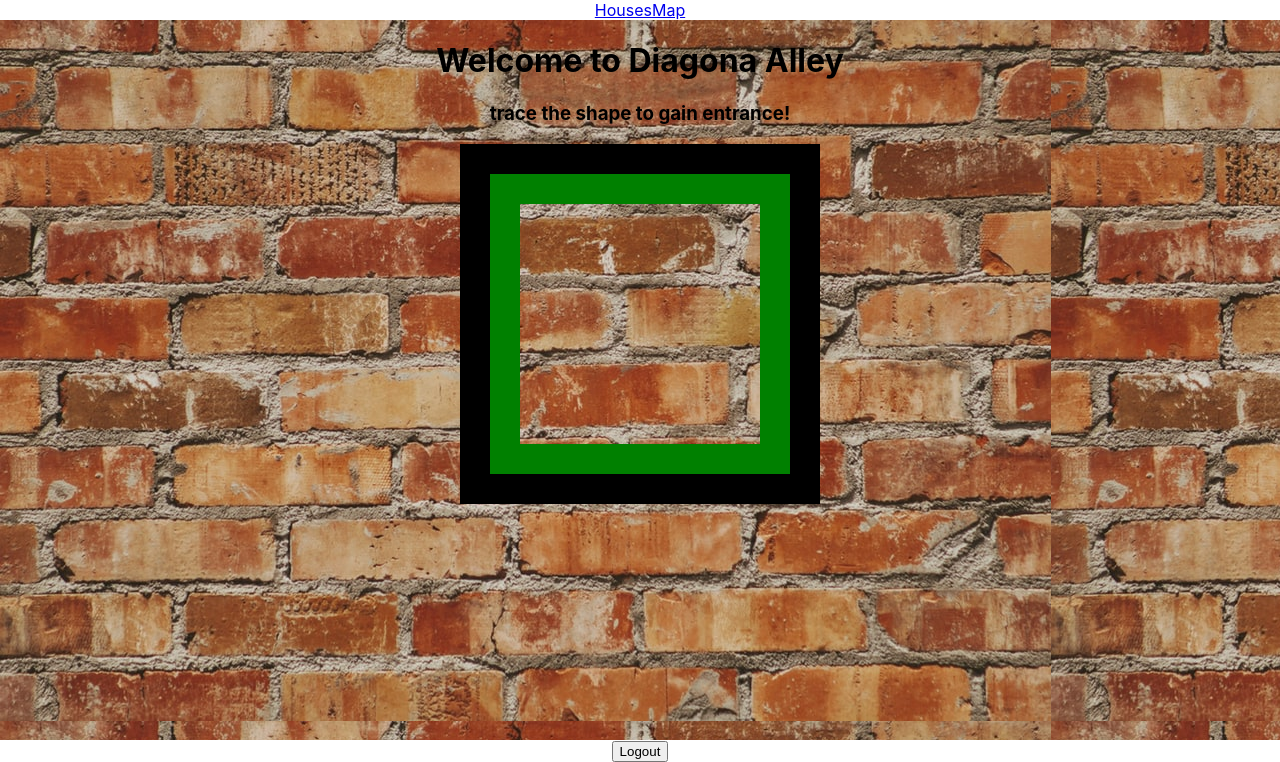
Repository: Brandon205/PotterGo
Page: /houses (app in client/)
An editor plug-in stored every save of this project. The page is shown before and after the next save, followed by the edit.
The browser window is 1280 px wide. The pictures show the whole page.
The project was rebuilt for these pictures with package versions that can differ from the ones it lists, and the page was loaded fresh each time. A package was used in the major version that the imports need, not the one package.json lists. Also part of the build but not shown: client/src/Homepage.jsx, client/src/Signup.js, client/src/Login.js, client/src/LoginPage.jsx, client/src/WandGenerator.jsx.

Above is the page before, as saved 2019-11-21 15:42:13.

### client/src/App.js
import React from 'react';
import './App.css';
import Axios from 'axios';
import {
  BrowserRouter as Router,
  Route,
  Link,
} from 'react-router-dom';
import DiagonAlley from './DiagonAlley';
import Homepage from './Homepage';
import LoginPage from './LoginPage';
import WandGenerator from './WandGenerator';

class App extends React.Component {
  state = {
    token: '',
    user: null,
    errorMessage: '',
    lockedResult: '',
    redirect: ''
  }

  checkForLocalToken = () => {
    // Look in LS for localtoken
    let token = localStorage.getItem('mernToken');
    if (!token || token === 'undefined') {
      // if no taken, remove all evidence of mernToken from LS and state
      localStorage.removeItem('mernToken');
      this.setState({ token: '', user: null });
    } else {
      // if token, verify token on backend
      Axios.post('/auth/me/from/token', { token })
      .then(res => {
        if (res.data.type === 'error') {
          localStorage.removeItem('mernToken');
          this.setState({ token: '', user: null, errorMessage: res.data.message });
        } else {
          // if verified store it back in LS and state
          localStorage.setItem('mernToken', res.data.token);
          this.setState({ token: res.data.token, user: res.data.user });
        }
      })
    }
  }

  componentDidMount = () => {
    this.checkForLocalToken()
  }

  liftToken = ({token, user}) => {
    this.setState({ token, user });
  }

  logout = () => {
    localStorage.removeItem('mernToken');
    this.setState({ token: '', user: null });
  }

  render() {
    return (
      <Router>
        <div className="App">
          <Link to='/houses'>Houses</Link>
          <Link to='/map'>Map</Link>
          <Route exact path='/' render={ () => <LoginPage liftToken={this.liftToken}/>}/>
          <Route exact path='/map' component={Homepage}/>
          <Route exact path='/houses' component={DiagonAlley}/>
          <Route exact path='/wand' component={WandGenerator}/>
          <button onClick={this.logout}>Logout</button>
        </div>
      </Router>
    );
  }
}

export default App;

### client/src/App.css
.App {
  text-align: center;
}

.App-logo {
  height: 40vmin;
}

.App-header {
  background-color: #282c34;
  min-height: 100vh;
  display: flex;
  flex-direction: column;
  align-items: center;
  justify-content: center;
  font-size: calc(10px + 2vmin);
  color: white;
}

.App-link {
  color: #09d3ac;
}

.backgroundDiv {
  display: flex;
  flex-flow: column;
  height: 100vh;
  width: 100vw;
  background-image: url('brick.jpg');
}

.container {
  display: flex;
  align-content: center;
  justify-content: center;
}

.diagonDiv {
  height: 300px;
  width: 300px;
  border: 30px solid black;
}

.innerDiv {
  height: 240px;
  width: 240px;
  border: 30px solid green;
}

### client/src/DiagonAlley.jsx
import React, { useState, useEffect } from 'react'
import axios from 'axios'

function DiagonAlley () {
    const [X, setX] = useState(0)
    const [Y, setY] = useState(0)
    const [breaking, setBreaking] = useState(false)

    function onMouseMove (event)  {
        setX(event.screenX)
        setY(event.screenY)
        console.log(X, Y)
    }

    function onMouseMoveTwo (event)  {
        setBreaking(true)
        console.log('You have failed')
    }

    var youFailed;
    if (breaking) {
        youFailed = <h2>'The wall stays solid! Please try again!'</h2>
    } else {
        youFailed = ''
    }
    return (
        <div className='backgroundDiv'>
            <div>
                <h1>Welcome to Diagona Alley</h1>
                <h3>trace the shape to gain entrance!</h3>
            </div>
            <div className='container'>
                <div onMouseMove={onMouseMove} className='diagonDiv'>
                <div onMouseMove={onMouseMoveTwo} className='innerDiv'></div>
                </div>
            </div>
            {youFailed}
        </div>
    )
}

export default DiagonAlley

Loaded but not shown: client/public/index.html (common file); client/src/index.js (common file); client/src/index.css (common file); client/src/serviceWorker.js (common file)

After the next save:
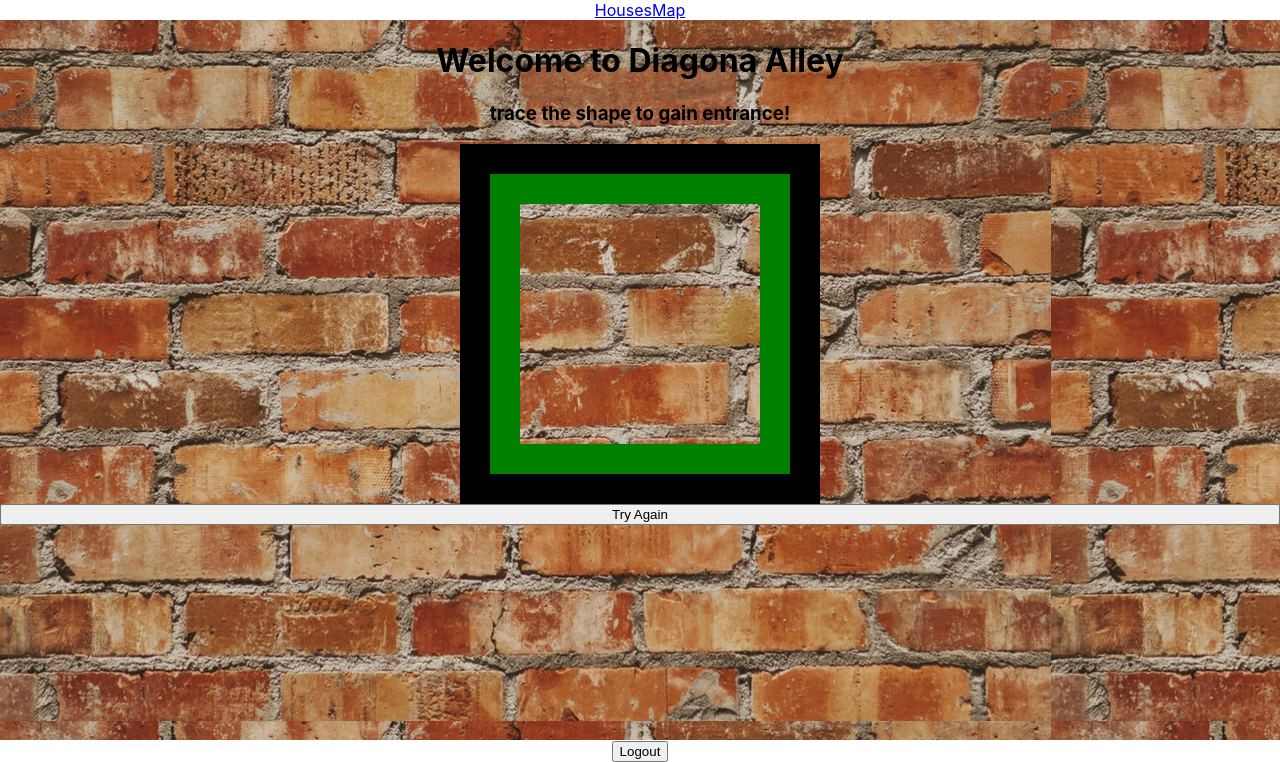
Saved 21 s later.
--- a/client/src/DiagonAlley.jsx
+++ b/client/src/DiagonAlley.jsx
@@ -35,6 +35,7 @@
                 </div>
             </div>
             {youFailed}
+            <button>Try Again</button>
         </div>
     )
 }
